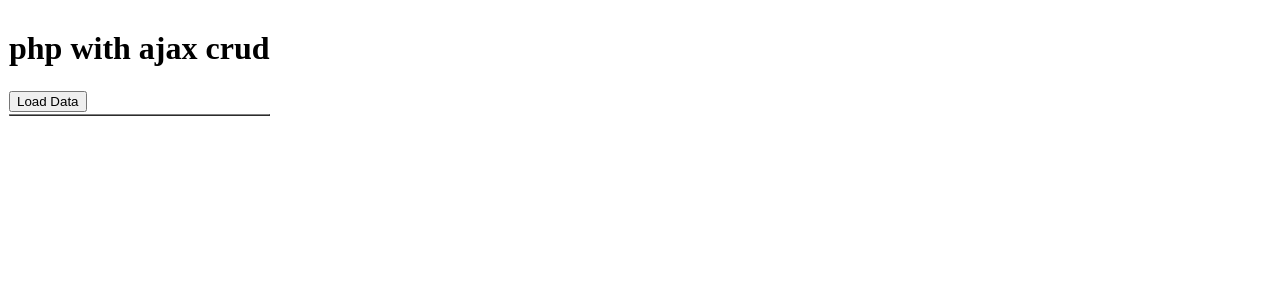
Repository: Tauqeer124/newrepo
Page: http://localhost/showdata.php
These files come from the project's save history. The page is drawn as it stood at one moment and after a run of saves; the edit follows.
The browser window is 1280 px wide. The pictures show the whole page.
The page is run by PHP 8.4 with error messages shown; the project is at /var/www/html/.

Above is the page before, as saved 2023-04-28 11:52:05.

### showdata.php
<!DOCTYPE html>
<html lang="en">
    <head>
        <title> ajax example</title>
    </head>
    <body>
        <table id="main" border="0" cellspacing="0">
            <tr >
                <td id="header">
                    <h1>php with ajax crud</h1>
                </td>
            </tr>
            <tr>
                <td id="table-load">
                    <input type="button" id="load-button" value="Load Data" >
                </td>
            </tr>
            <tr>
                <td id="table-data">
                    <table border="1" cellspacing="0" cellpading="10px" width="100%" >
                        <tr>

                    </table>
                </td>
            </tr>
        </table>
    </body>

</html>

After the next 4 saves:
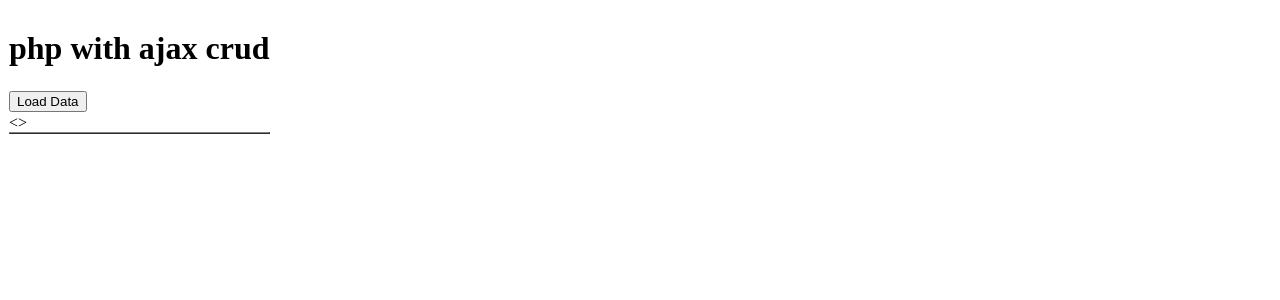
The 4 saves are shown as one change because they came seconds apart.
The last was saved 9 s later.
--- a/showdata.php
+++ b/showdata.php
@@ -19,6 +19,8 @@
                 <td id="table-data">
                     <table border="1" cellspacing="0" cellpading="10px" width="100%" >
                         <tr>
+                            <>
+                        </tr>
 
                     </table>
                 </td>
